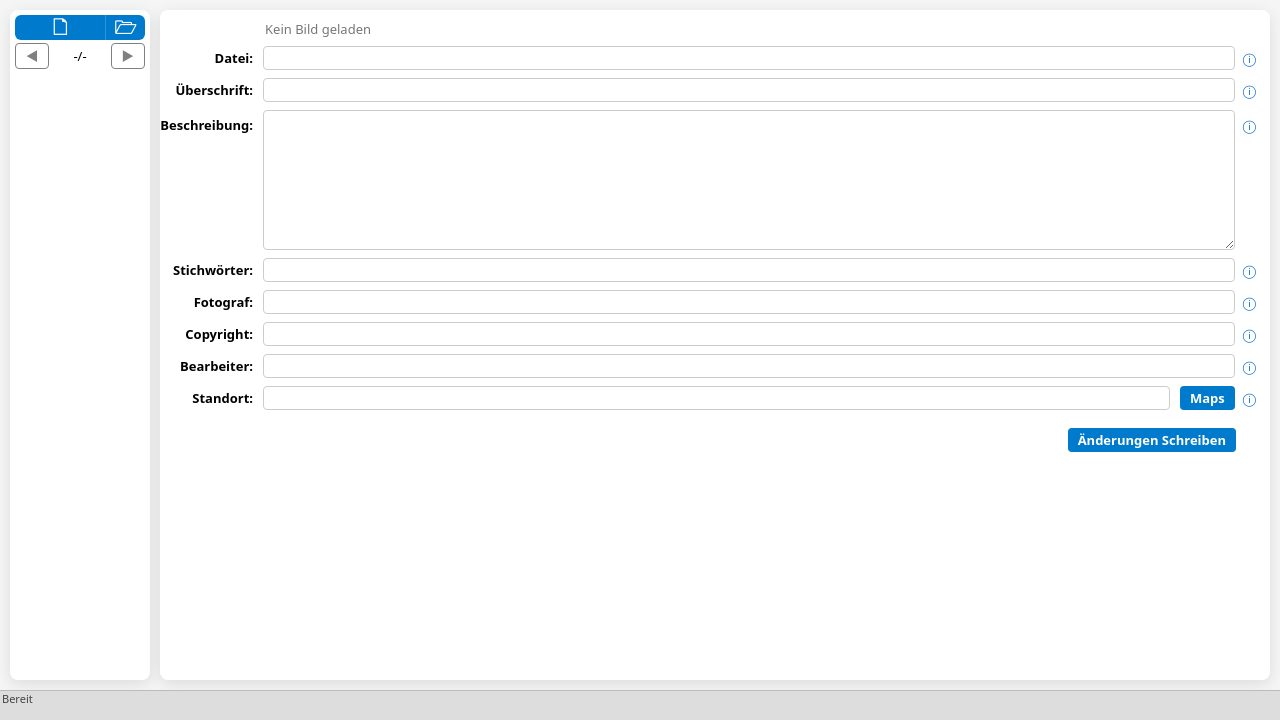
Repository: h-fahle/metadata
Page: ui/index.html
An editor plug-in stored every save of this project. The page is shown before and after the next save, followed by the edit.
The browser window is 1280 px wide. The pictures show the whole page.

Above is the page before, as saved 2026-08-24 12:36:54.
Console error: TypeError: Cannot read properties of undefined (reading 'core')

After the next save:
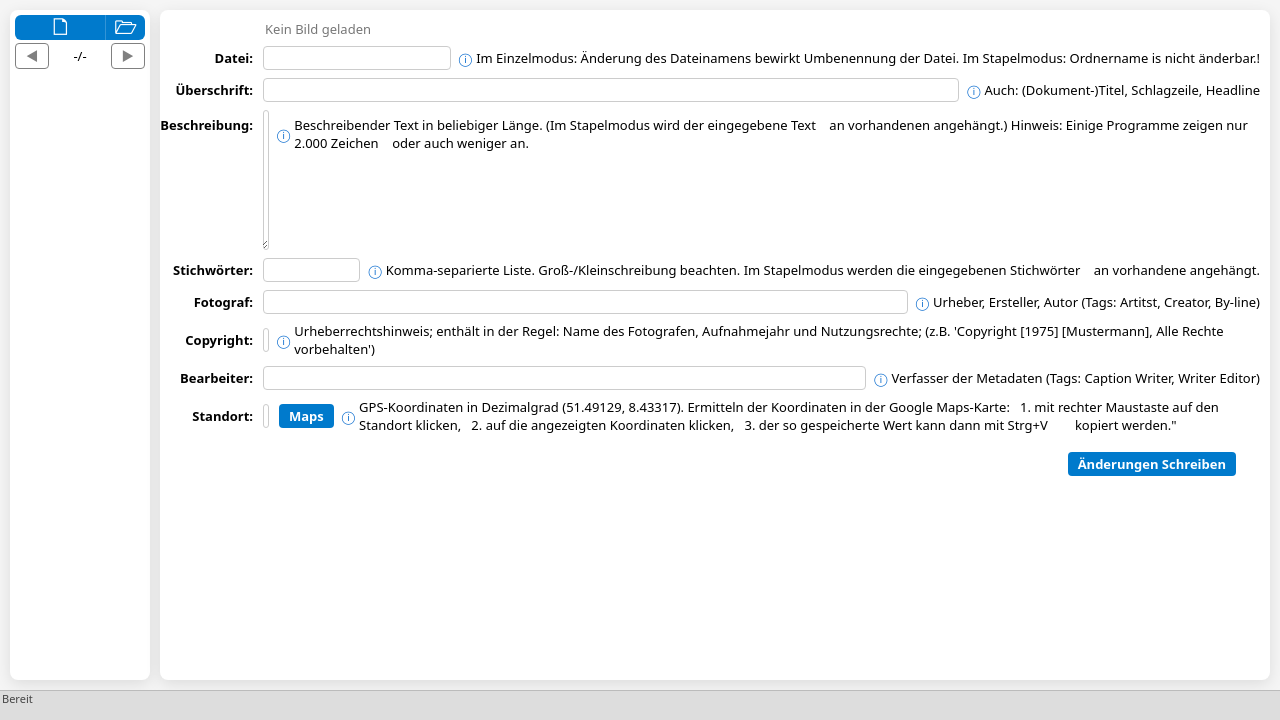
Saved 5 s later.
--- a/ui/style.css
+++ b/ui/style.css
@@ -220,7 +220,7 @@ button.blaettern {
 }
 
 /* Die selbstdefinierte Tooltip-Box (Standardmäßig versteckt) */
-.tooltip-box {
+/* .tooltip-box {
 	position: absolute;
 	bottom: 125%;       /* Platziert die Box direkt ÜBER dem Icon */
 	right: 0;           /* Richtet die Box am rechten Rand des Icons aus */
@@ -244,10 +244,33 @@ button.blaettern {
 	visibility: hidden;
 	transition: opacity 0.2s ease-in-out, visibility 0.2s;
 	pointer-events: none; /* Verhindert, dass die Box beim unabsichtlichen Drüberfahren flackert */
+} */
+
+.tooltip-box {
+  display: none;        /* Standardmäßig unsichtbar */
+  position: fixed;      /* Nutze fixed für genaue Maus-Positionierung */
+  background-color: #333;
+  color: #fff;
+  padding: 8px 12px;
+  border-radius: 4px;
+  font-size: 14px;
+  white-space: pre-line; /* Für deine Zeilenumbrüche aus dem Array */
+  z-index: 1000;
+  pointer-events: none;  /* Verhindert Flackern bei Mauskontakt */
+
+  /* Verschiebt den Tooltip komplett nach links,
+     sodass seine rechte Kante am Cursor sitzt */
+  transform: translate(-100%, -50%);
 }
 
 /* HOVER-EFFEKT: Wenn man über das Icon ODER den Container fährt, wird die Box sichtbar */
-.tooltip-container:hover .tooltip-box {
+/* .tooltip-container:hover .tooltip-box {
 	opacity: 1;
 	visibility: visible;
 }
+ */
+
+/* Zeige den Tooltip nur, wenn die Maus über dem Container ist */
+.tooltip-container:hover .custom-tooltip {
+  display: block;
+}

After the 3 saves that followed:
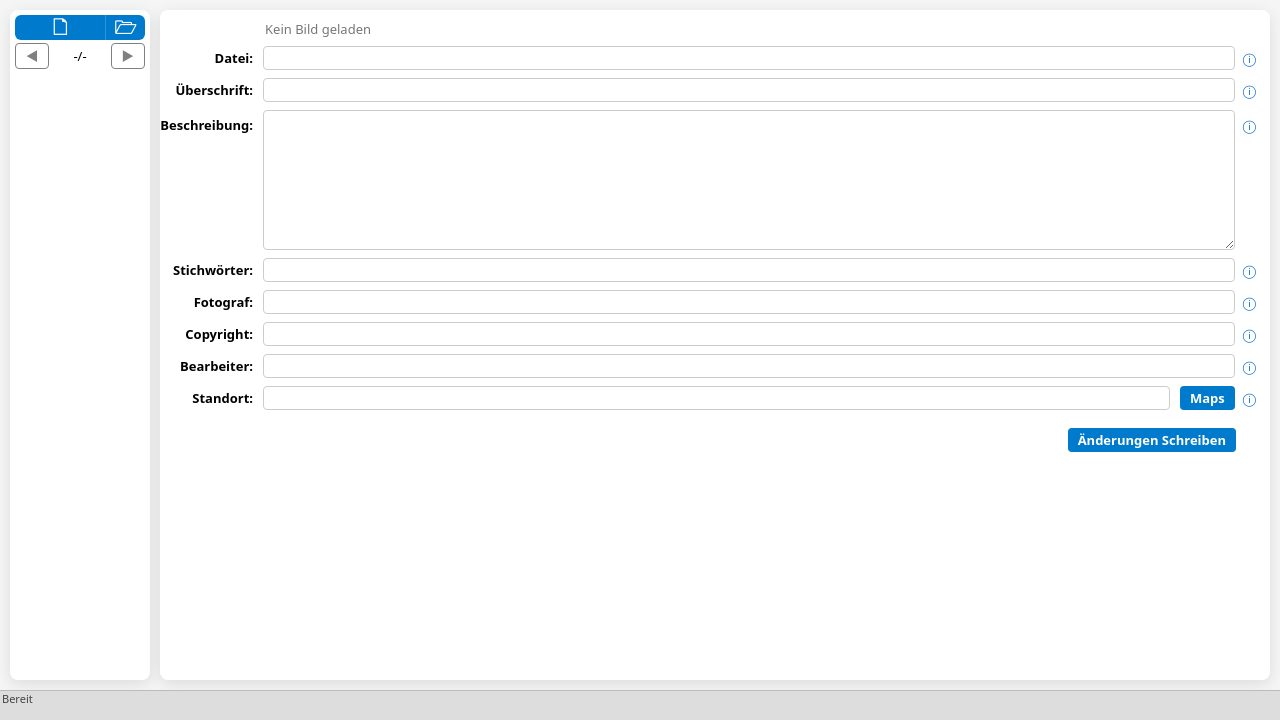
The 3 saves are shown as one change because 2 left the picture as it was.
The last was saved 2 min 20 s later.
--- a/ui/style.css
+++ b/ui/style.css
@@ -219,32 +219,7 @@ button.blaettern {
 	font-size: 13px;
 }
 
-/* Die selbstdefinierte Tooltip-Box (Standardmäßig versteckt) */
-/* .tooltip-box {
-	position: absolute;
-	bottom: 125%;       /* Platziert die Box direkt ÜBER dem Icon */
-	right: 0;           /* Richtet die Box am rechten Rand des Icons aus */
-
-	width: max-content;
-	max-width: 400px;      /* Verhindert, dass der Tooltip bei sehr viel Text das Fenster sprengt */
-	white-space: pre-line;
-
-	background-color: lightyellow;
-	color: black;
-	border: 1px solid gray;
-	padding: 2px 4px;
-	border-radius: 6px;
-	font-size: 11px;
-	line-height: 1.4;
-	box-shadow: 0 4px 10px rgba(0, 0, 0, 0.2);
-	z-index: 1001;      /* Über der Statusleiste (1000), falls sie sich überschneiden */
-
-	/* Animation & Verstecken */
-	opacity: 0;
-	visibility: hidden;
-	transition: opacity 0.2s ease-in-out, visibility 0.2s;
-	pointer-events: none; /* Verhindert, dass die Box beim unabsichtlichen Drüberfahren flackert */
-} */
+
 
 .tooltip-box {
   display: none;        /* Standardmäßig unsichtbar */
@@ -271,6 +246,6 @@ button.blaettern {
  */
 
 /* Zeige den Tooltip nur, wenn die Maus über dem Container ist */
-.tooltip-container:hover .custom-tooltip {
+.tooltip-container:hover .tooltip-box {
   display: block;
 }
